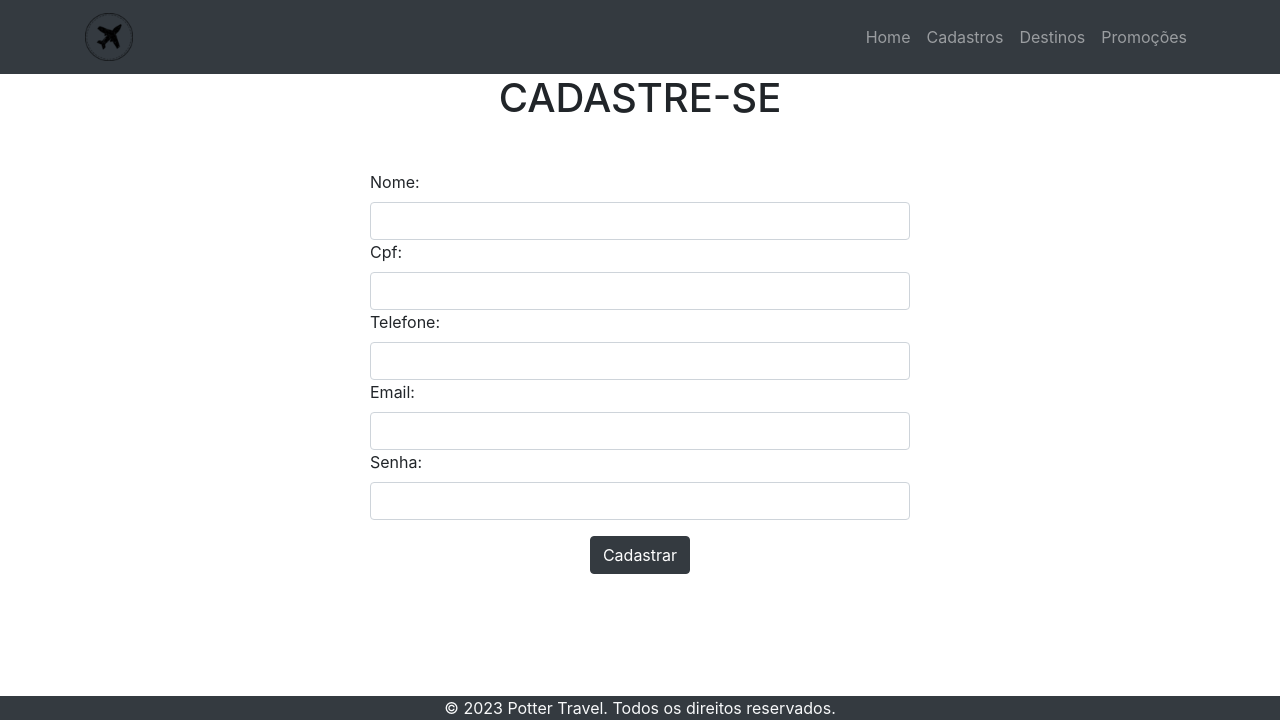
Repository: marcelledssantos/PotterTravel-MVC
Page: http://localhost/PotterTravel-MVC/cadastro.jsp
These files come from the project's save history. The page is drawn as it stood at one moment and after the next save; the edit follows.
The browser window is 1280 px wide. The pictures show the whole page.
Some web libraries are served in a nearby version. The page is served by Tomcat 9.

Above is the page before, as saved 2023-11-03 00:20:13.

After the next save:
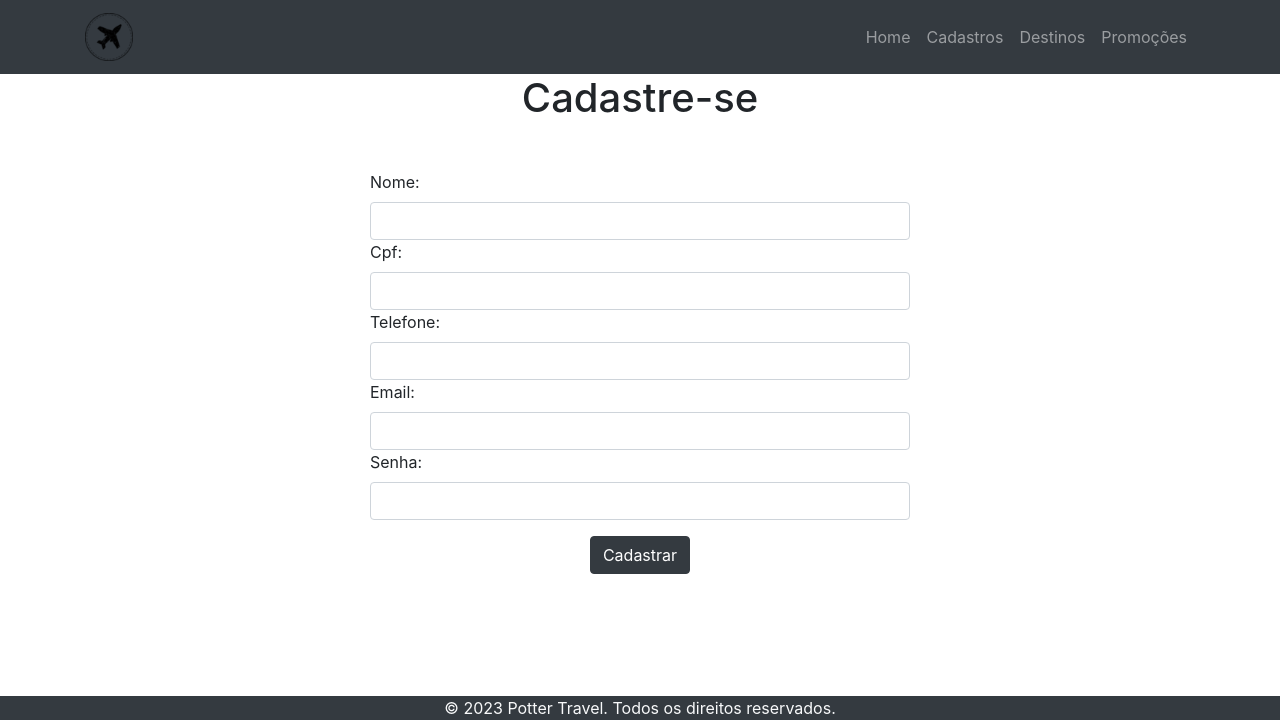
Saved 29 s later.
--- a/PotterTravel-MVC/src/main/webapp/cadastro.jsp
+++ b/PotterTravel-MVC/src/main/webapp/cadastro.jsp
@@ -38,7 +38,7 @@
 	<div class="container">
 		<div class="row justify-content-center">
 			<div class="col-md-6">
-				<h1 class="mt-6 text-center text-uppercase">Cadastre-se</h1>
+				<h1 class="mt-6 text-center">Cadastre-se</h1>
 				<form class="mt-5" action="CreateController" method="post">
 					<div class="form-group">
 
